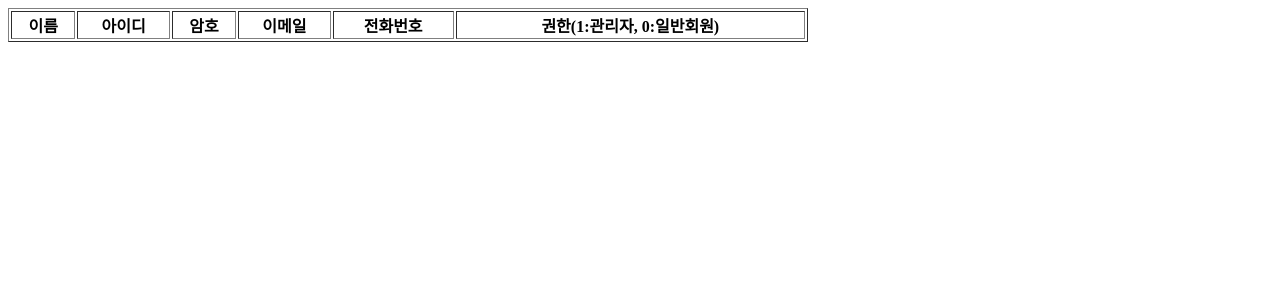
Repository: uhhuhhmm/JSP-Servlet-Class
Page: http://localhost/web04/emp_table.jsp
An editor plug-in stored every save of this project. The page is shown before and after the next save, followed by the edit.
The browser window is 1280 px wide. The pictures show the whole page.
The page is served by Tomcat 9. Nobody is signed in. The application's start-up code is not run. Queries for data that is not in the repository find no rows.

Above is the page before, as saved 2022-07-18 05:42:42.

After the next save:
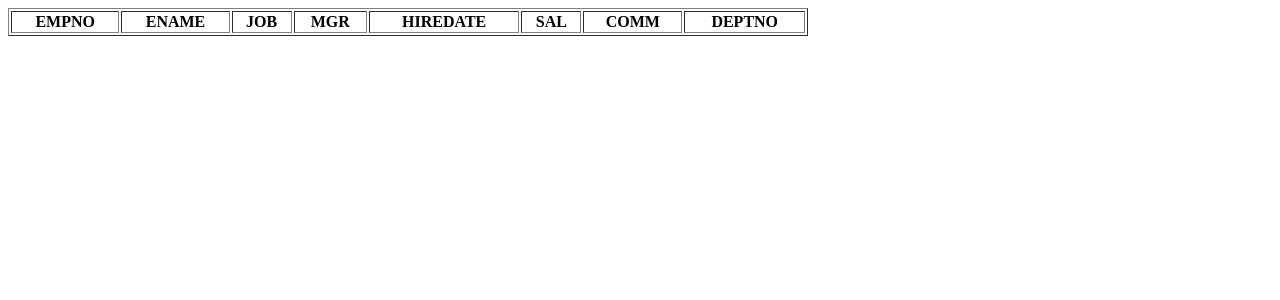
Saved 76 s later.
--- a/web04/WebContent/emp_table.jsp
+++ b/web04/WebContent/emp_table.jsp
@@ -21,8 +21,8 @@
 <body>
 <table width='800' border='1'>
 <tr>
-<th>이름</th><th>아이디</th><th>암호</th><th>이메일</th>
-<th>전화번호</th><th>권한(1:관리자, 0:일반회원)</th>
+<th>EMPNO</th><th>ENAME</th><th>JOB</th><th>MGR</th>
+<th>HIREDATE</th><th>SAL</th><th>COMM</th><th>DEPTNO</th>
 </tr>
 <%
 try{
